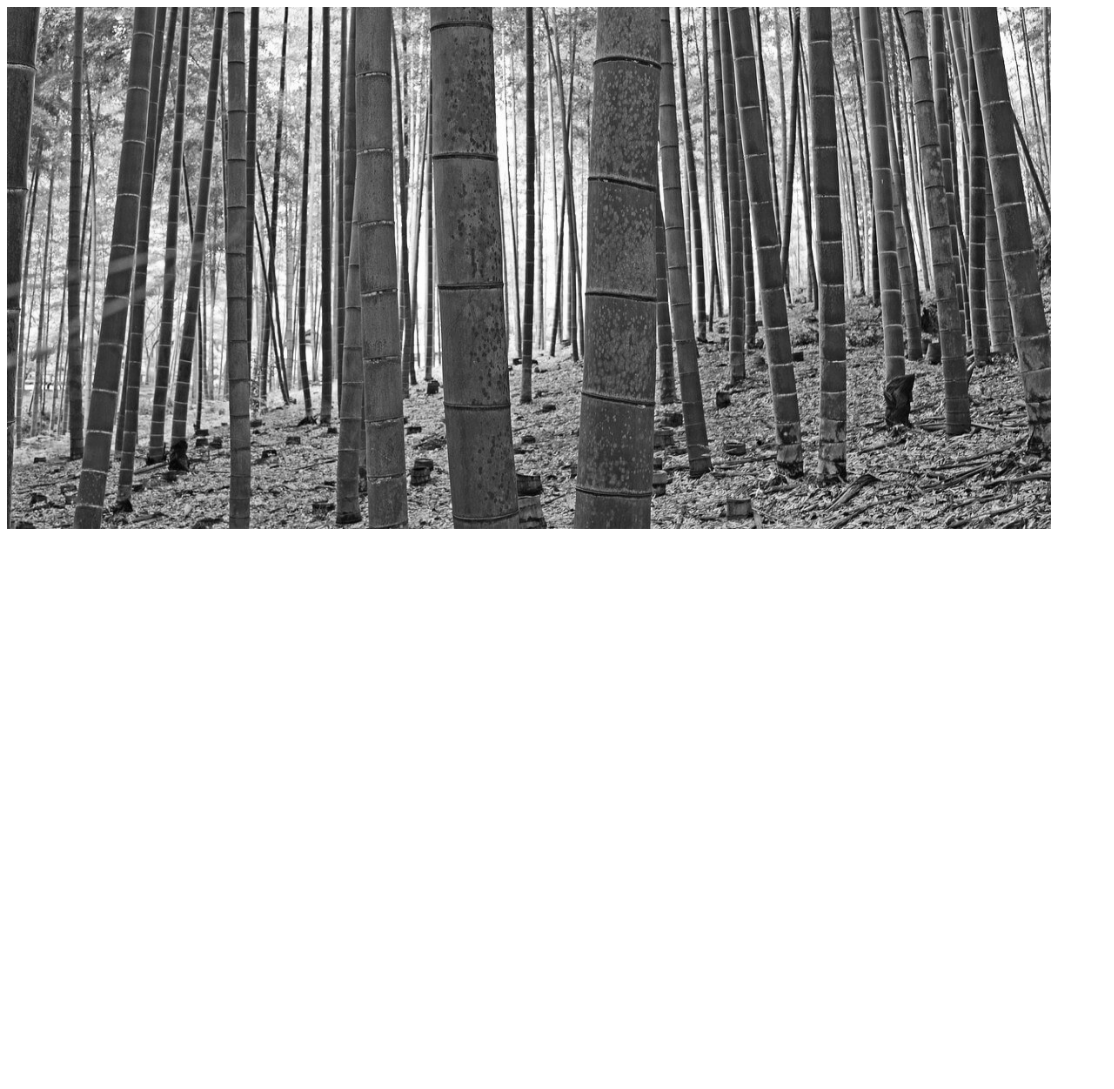
Repository: tanasa-mircea/playground
Page: canvas-filters/index.html
An editor plug-in stored every save of this project. The page is shown before and after the next save, followed by the edit.
The browser window is 1280 px wide. The pictures show the whole page, at 87% of full size.

Above is the page before, as saved 2019-02-08 11:13:12.

### canvas-filters/index.html
<!DOCTYPE html>
<html>
<head>
  <meta charset="utf-8">
  <meta http-equiv="X-UA-Compatible" content="IE=edge">
  <title>Page Title</title>
  <meta name="viewport" content="width=device-width, initial-scale=1">
</head>
<body>
  <canvas id="myCanvas"></canvas>
  <img id="bamboo" src="bamboo.jpg" style="visibility: hidden;">

  <script src="main.js"></script>
</body>
</html>

### canvas-filters/main.js
var config = {
  canvasWidth: 1200,
  canvasHeight: 600
}

var canvas,
    canvasContext,
    image,
    imageData;


function initCanvas() {
  canvas = document.getElementById("myCanvas");
  canvas.width = config.canvasWidth;
  canvas.height = config.canvasHeight;
  canvasContext = canvas.getContext("2d");
  image = document.getElementById("bamboo");
  canvasContext.drawImage(image, 0, 0, config.canvasWidth, config.canvasHeight);
  imageData = canvasContext.getImageData(0, 0, config.canvasWidth, config.canvasHeight);

  var grayscalePixels = makeGrayscale(imageData)
  canvasContext.putImageData(grayscalePixels, 0, 0);
}

function makeGrayscale(pixels, options) {
  var data = pixels.data;
  for (var i=0; i<data.length; i+=4) {
    var r = data[i];
    var g = data[i+1];
    var b = data[i+2];
    var mutatedColors = 0.2126*r + 0.7152*g + 0.0722*b;
    data[i] = data[i+1] = data[i+2] = mutatedColors
  }
  return pixels;
}

window.onload = function() {
  initCanvas();
}

After the next save:
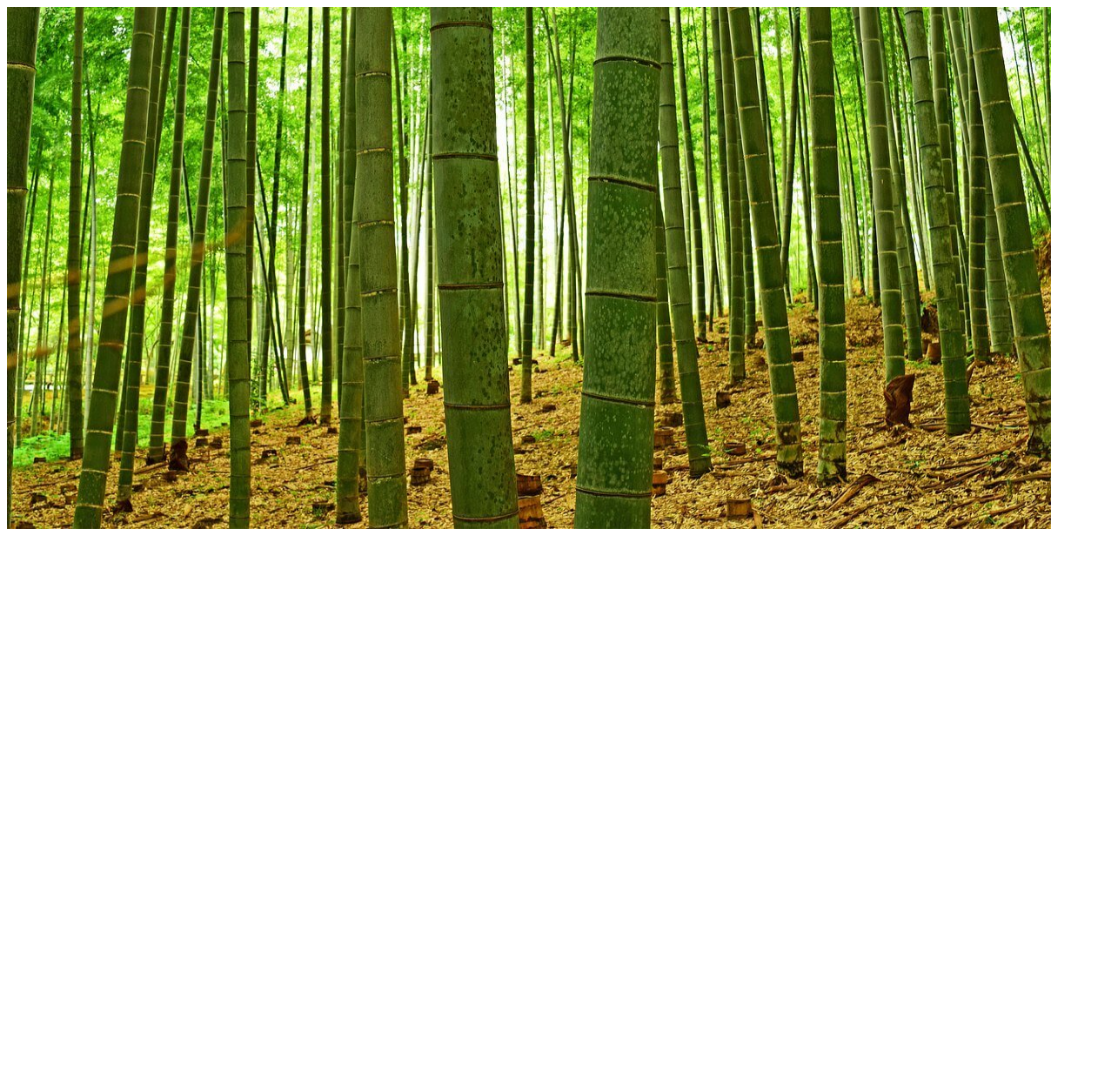
Console error: ReferenceError: makeGrayscale is not defined
Saved 2 min 4 s later.
--- a/canvas-filters/main.js
+++ b/canvas-filters/main.js
@@ -19,10 +19,14 @@
   imageData = canvasContext.getImageData(0, 0, config.canvasWidth, config.canvasHeight);
 
   var grayscalePixels = makeGrayscale(imageData)
+}
+
+function applyFilter(filterFunction) {
+  var mutatedPixels =
   canvasContext.putImageData(grayscalePixels, 0, 0);
 }
 
-function makeGrayscale(pixels, options) {
+function grayscale(pixels, options) {
   var data = pixels.data;
   for (var i=0; i<data.length; i+=4) {
     var r = data[i];

After the 4 saves that followed:
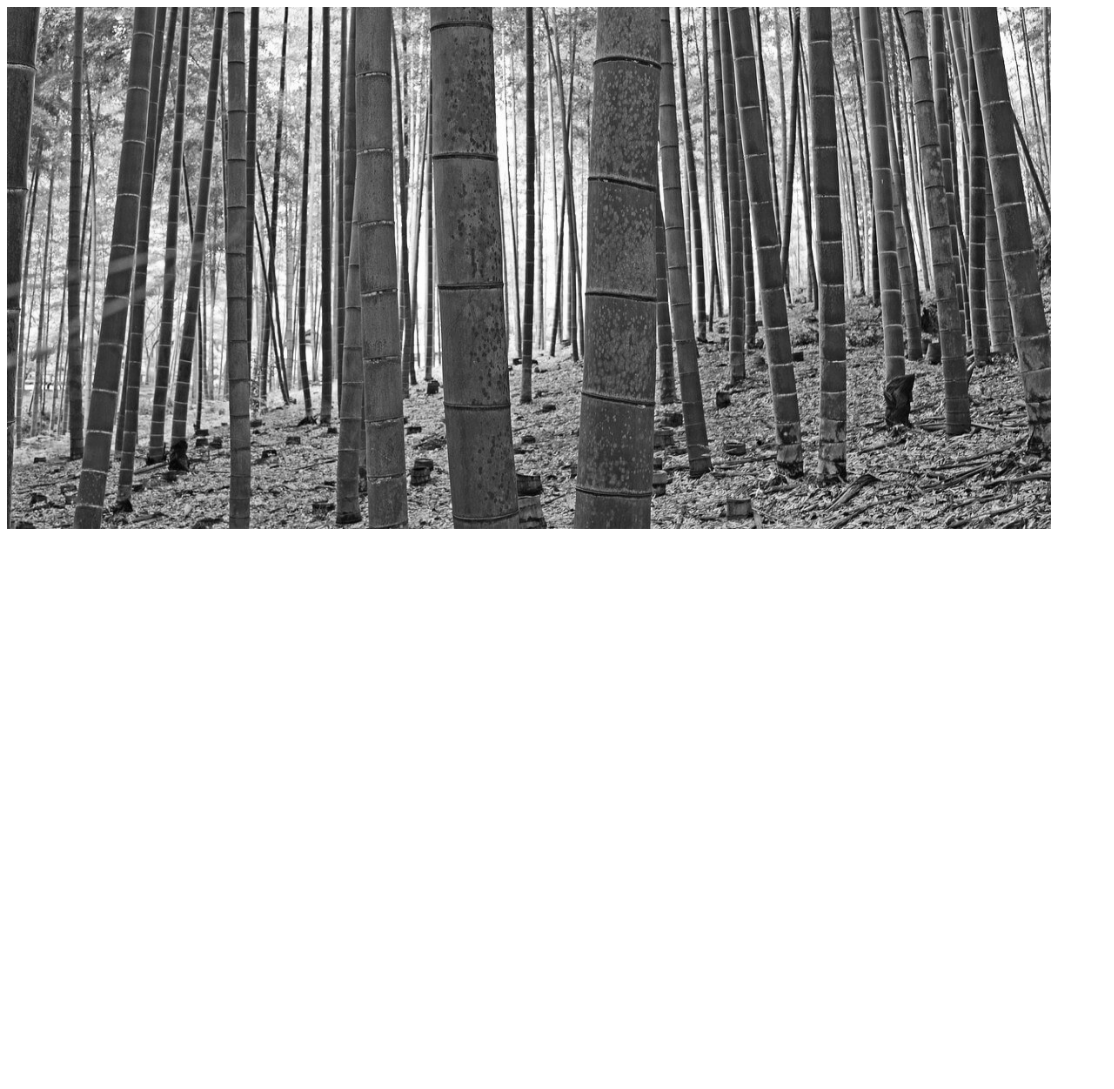
The error is gone.
The 4 saves are shown as one change because 3 left the picture as it was.
The last was saved 73 s later.
--- a/canvas-filters/main.js
+++ b/canvas-filters/main.js
@@ -18,15 +18,15 @@
   canvasContext.drawImage(image, 0, 0, config.canvasWidth, config.canvasHeight);
   imageData = canvasContext.getImageData(0, 0, config.canvasWidth, config.canvasHeight);
 
-  var grayscalePixels = makeGrayscale(imageData)
+  applyFilter(makeGrayscale, imageData);
 }
 
-function applyFilter(filterFunction) {
-  var mutatedPixels =
-  canvasContext.putImageData(grayscalePixels, 0, 0);
+function applyFilter(filterFunction, data) {
+  var mutatedPixels = filterFunction(data);
+  canvasContext.putImageData(mutatedPixels, 0, 0);
 }
 
-function grayscale(pixels, options) {
+function makeGrayscale(pixels, options) {
   var data = pixels.data;
   for (var i=0; i<data.length; i+=4) {
     var r = data[i];
